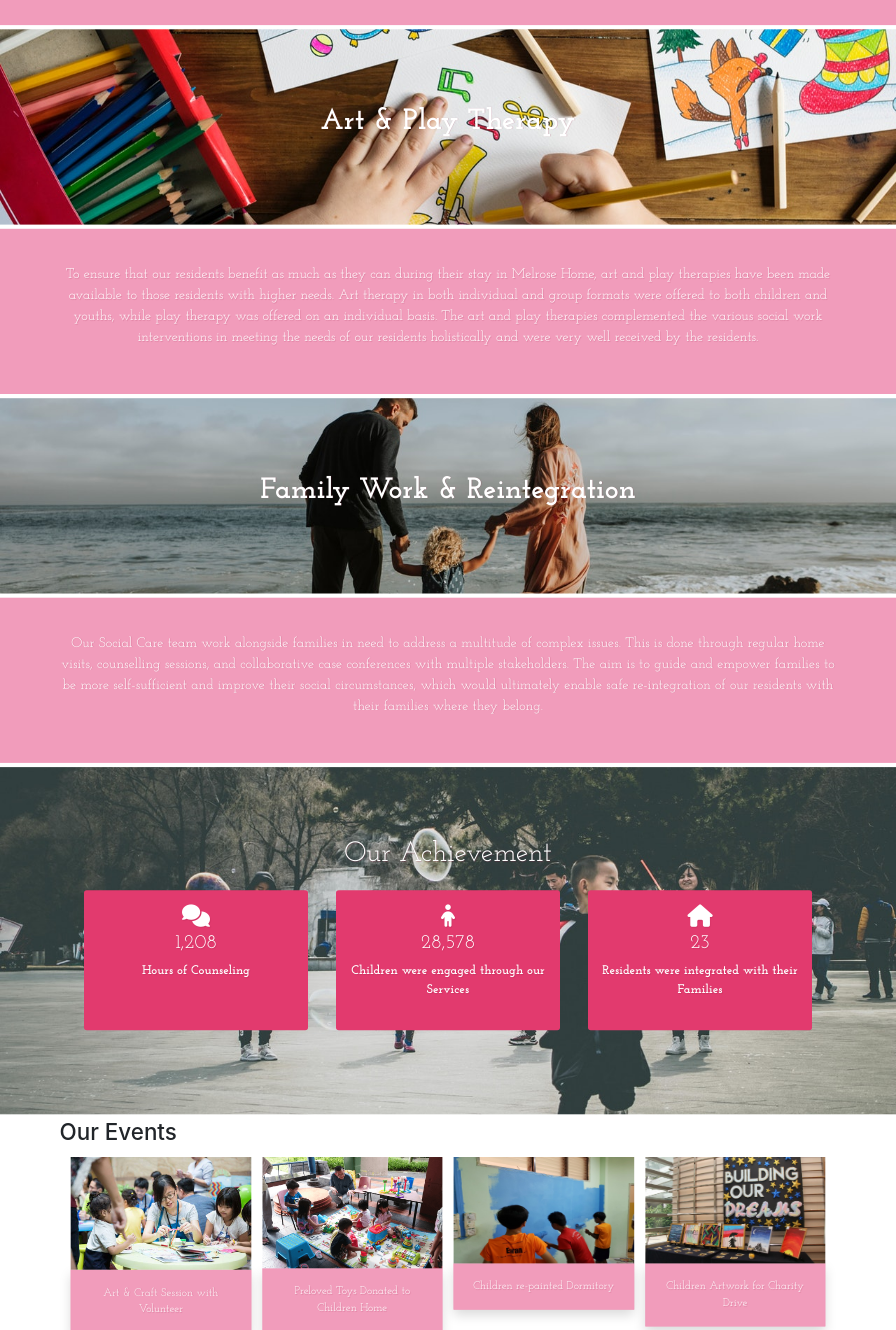
Repository: Code-Institute-Submissions/Jasonngyt-Project1
Page: services.html
The author's editor kept a record of every edit. The page is drawn from the files as they stood at one moment, then again after the next edit.
The browser window is 1280 px wide. The pictures show the part of the page from y = 627 to 2527 px (the page is 2888 px tall before and 2896 px after), at 70% of full size.
A picture or video elsewhere on the page could not be fetched, so the positions and the page height are approximate. Backgrounds fixed to the window are drawn as part of the page. Some web fonts or font styles are not loaded; a fallback is used. Some web libraries are served in a nearby version.

Above is the page before.

After the next edit:
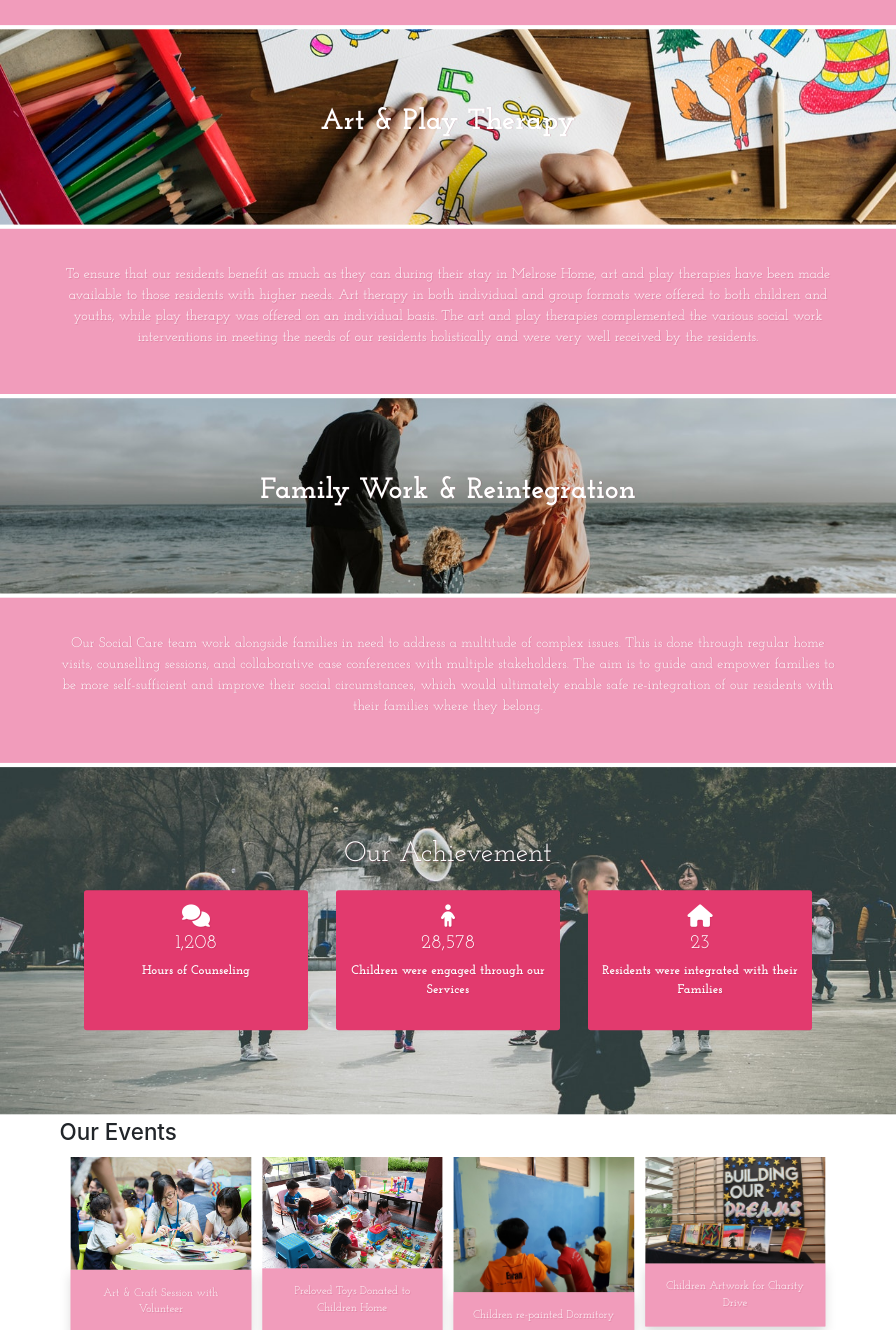
The edit:
--- a/services.html
+++ b/services.html
@@ -109,7 +109,7 @@
             <div class="col-sm-5 col-md-3 card-img-top p-2"><img src ="image/event2_photo.png" class ="w-100">
                 <div class="card-body text-center shadow event_style">Preloved Toys Donated to  Children Home</div>
             </div>
-            <div class="col-sm-5 col-md-3 card-img-top p-2"><img src ="image/event3_photo.jpg" class ="w-100" style="height:152px;">
+            <div class="col-sm-5 col-md-3 card-img-top p-2"><img src ="image/event3_photo.jpg" class ="w-100";">
                 <div class="card-body text-center shadow event_style">Children re-painted Dormitory</div>
             </div>
             <div class="col-sm-5 col-md-3 card-img-top p-2"><img src ="image/event4_photo.jpg" class ="w-100" style="height:152px;">
